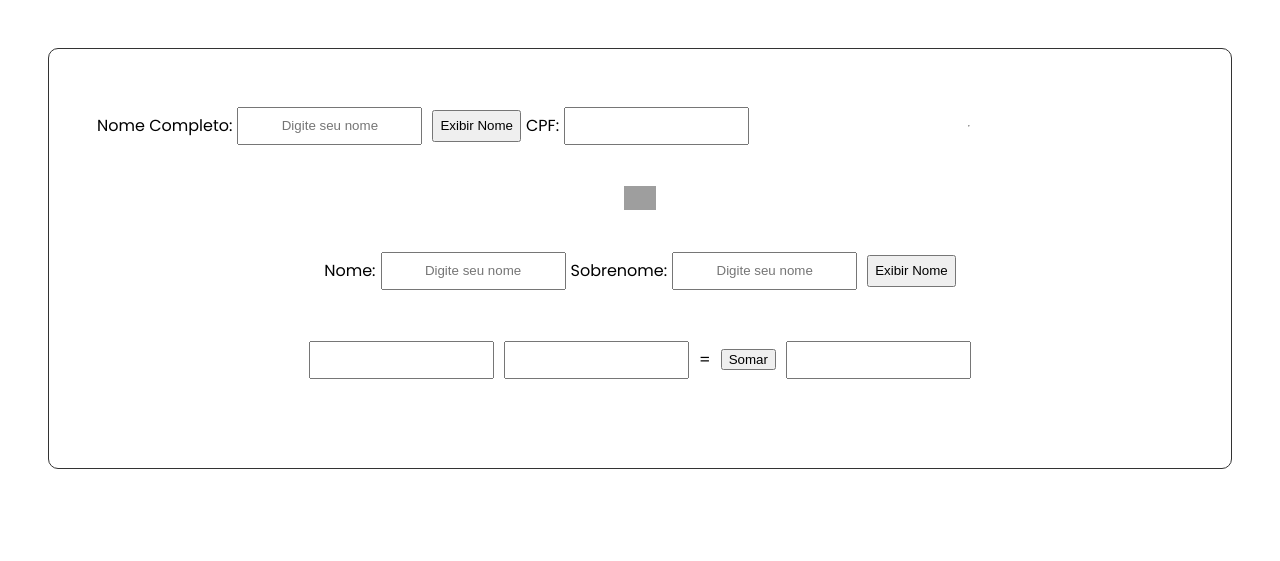
Repository: guilhermecardoso93/exerciciosjs
Page: index.html
The author's editor kept a copy of each file at every save. The page is drawn from the files as they stood at one save, then again after the next save.
The browser window is 1280 px wide. The pictures show the whole page.
Pictures or frames that could not be fetched are drawn as grey boxes.

Above is the page before, as saved 2023-05-20 13:21:09.

After the next save:
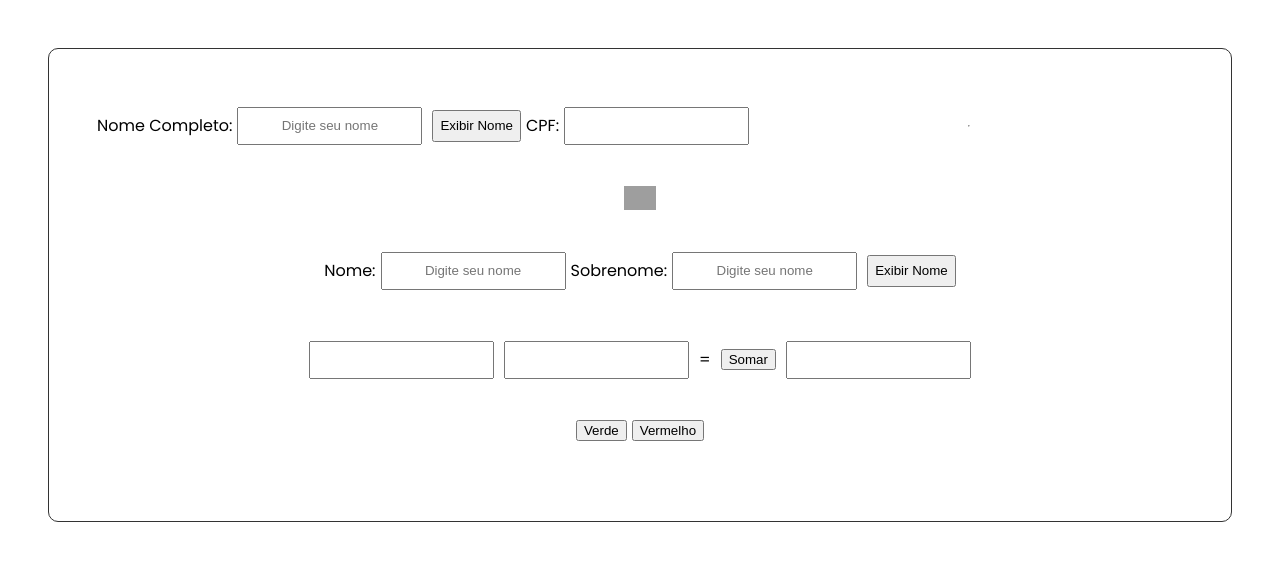
Saved 58 s later.
--- a/index.html
+++ b/index.html
@@ -52,6 +52,10 @@
 
       <input type="text" id="result" maxlength="5">
     </div>
+    <div>
+      <button id="greenButton">Verde</button>
+      <button id="redButton">Vermelho</button>
+    </div>
   </body>
   <script src="./script.js"></script>
 </html>
